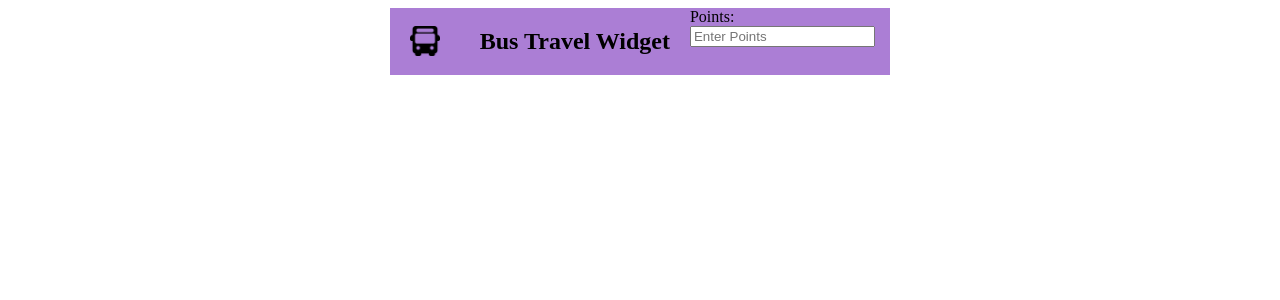
Repository: lasity34/bus_travel
Page: index.html
These files come from the project's save history. The page is drawn as it stood at one moment and after the next save; the edit follows.
The browser window is 1280 px wide. The pictures show the whole page.

Above is the page before, as saved 2023-05-31 09:49:42.

### index.html
<!DOCTYPE html>
<html lang="en">
<head>
    <meta charset="UTF-8">
    <meta http-equiv="X-UA-Compatible" content="IE=edge">
    <meta name="viewport" content="width=device-width, initial-scale=1.0">
    <link href="./style.css" rel="stylesheet" />
    <title>Bus travel</title>
</head>
<body>
    <div class="widget_container">


    <header>
        <img src="./images/bus.png" width="30" height="30"/>
        <h2>Bus Travel Widget</h2>
    </header>
    <div class="points_container">
        <label for="points">Points:</label>
        <input type="number" name="points" id="points" placeholder="Enter Points">
    </div>
    <script src="./bus_travel_factory.js"></script>
    <script src="./bus_travel.js"></script>
</div>
</body>
</html>

### style.css


.widget_container {
   margin: 0 auto;
   display: flex;
   justify-content: center;
    background-color: rgb(171, 126, 213);
    width: 70%;
    max-width: 500px;
}

header {
    display: flex;
    align-items: center;
    justify-content: space-around;
    width: 70%;
}

Loaded but not shown: bus_travel.js (no copy from this time; the picture is the same without it); bus_travel_factory.js (no copy from this time; the picture is the same without it)

After the next save:
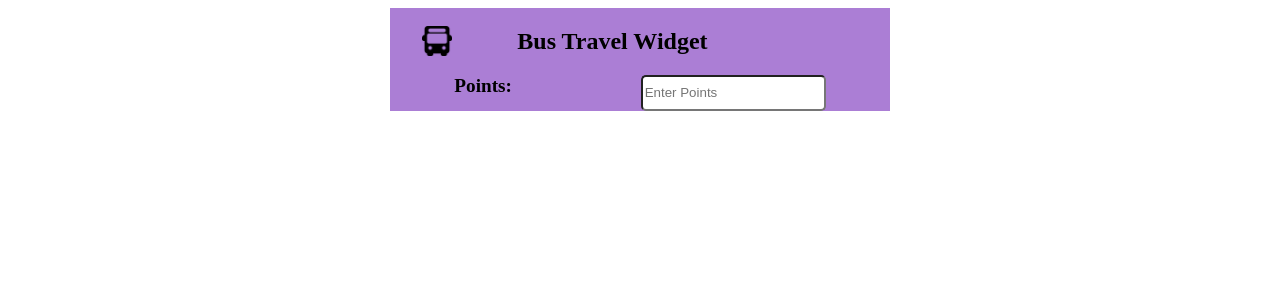
Saved 22 s later.
--- a/style.css
+++ b/style.css
@@ -3,10 +3,12 @@
 .widget_container {
    margin: 0 auto;
    display: flex;
+   flex-direction: column;
    justify-content: center;
     background-color: rgb(171, 126, 213);
     width: 70%;
     max-width: 500px;
+    font-weight: bold;
 }
 
 header {
@@ -15,3 +17,18 @@ header {
     justify-content: space-around;
     width: 70%;
 }
+
+.points_container {
+    display: flex;
+    width: 100%;
+    justify-content: space-around;
+}
+
+.points_container label {
+    font-size: 1.2rem;
+}
+
+.points_container input {
+    border-radius: 5px;
+    height: 30px;
+}
